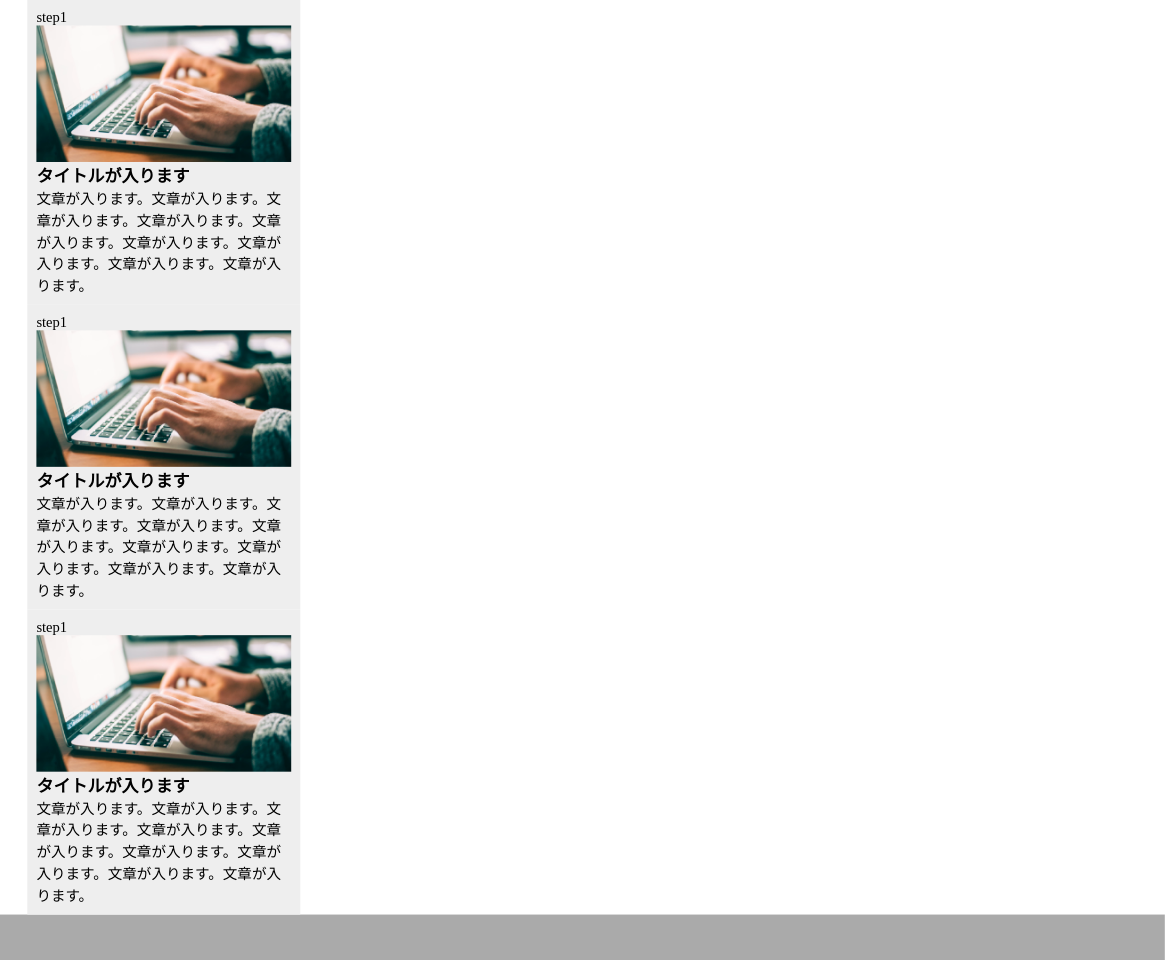
Repository: shizuki-okuma/dmm-webcamp
Page: chapter9_exercise/chapter9_exercise.html
The author's editor kept a record of every edit. The page is drawn from the files as they stood at one moment, then again after the next edit.
The browser window is 1280 px wide. The pictures show the whole page, at 91% of full size.

Above is the page before.

### chapter9_exercise/chapter9_exercise.html
<!DOCTYPE html>
<html lang="ja">
  <head>
    <meta charset="UTF-8" />
    <!-- CSSファイルの読み込み -->
    <link rel="stylesheet" href="style.css" />
    <title>chapter9_exercise</title>
  </head>

  <body>
    <head>
    </head>
    <main>
      <div class="step-box">
        <span class="step-num">step1</span>
        <div class="step-img1"></div>
        <h3>タイトルが入ります</h3>
        <p class="text">文章が入ります。文章が入ります。文章が入ります。文章が入ります。文章が入ります。文章が入ります。文章が入ります。文章が入ります。文章が入ります。</p>
      </div>
      <div class="step-box">
        <span class="step-num">step1</span>
        <div class="step-img1"></div>
        <h3>タイトルが入ります</h3>
        <p class="text">文章が入ります。文章が入ります。文章が入ります。文章が入ります。文章が入ります。文章が入ります。文章が入ります。文章が入ります。文章が入ります。</p>
      </div>
      <div class="step-box">
        <span class="step-num">step1</span>
        <div class="step-img1"></div>
        <h3>タイトルが入ります</h3>
        <p class="text">文章が入ります。文章が入ります。文章が入ります。文章が入ります。文章が入ります。文章が入ります。文章が入ります。文章が入ります。文章が入ります。</p>
      </div>
    </main>
    <footer>
    </footer>

  </body>
</html>

### chapter9_exercise/style.css
* {
  margin: 0;
  padding: 0;
  box-sizing: border-box;
}

header {
  background-color: #FF9a4b;
  height: 50px;
}
.main {
  width: 960px;
  display: flex;
  margin: 50px auto;
}
.step-box {
  width: 300px;
  margin-left: 30px;
  padding: 10px;
  position: relative;
  background-color: #eee;
}
.step-box:last-child {
  margin-right: 0;
}
.step-img1 {
  height: 150px;
  background-image: url(img/flow01.png);
  background-position: bottom;
  background-size: cover;
}
.step-img2 {
  height: 150px;
  background-image: url(img/flow02.png);
  background-position: bottom;
  background-size: cover;
}
.heading {
  margin-top: 15px;
  margin-bottom: 5px;
}
.main-box1 {
  width: 300px;
  background-color: #EEEEEE;
  margin: 30px;
  padding: 10px;
  position: relative;
}
.image1 {
  background-image: url(img/flow01.png);
  background-size: cover;
  background-position: center;
  height: 150px;
}
.main-box2 {
  width: 300px;
  background-color: #EEEEEE;
  margin: 30px;
  padding: 10px;
}
.image2 {
  background-image: url(img/flow02.png);
  background-size: cover;
  background-position: center;
  height: 150px;
}
.main-box3 {
  width: 300px;
  background-color: #EEEEEE;
  margin: 30px;
  padding: 10px;
}

.image3 {
  height: 150px;
  background-image: url(img/flow03.png);
  background-size: cover;
  background-position: center;

}
footer {
  background-color: #AAAAAA;
  height: 50px;
}

After the next edit:
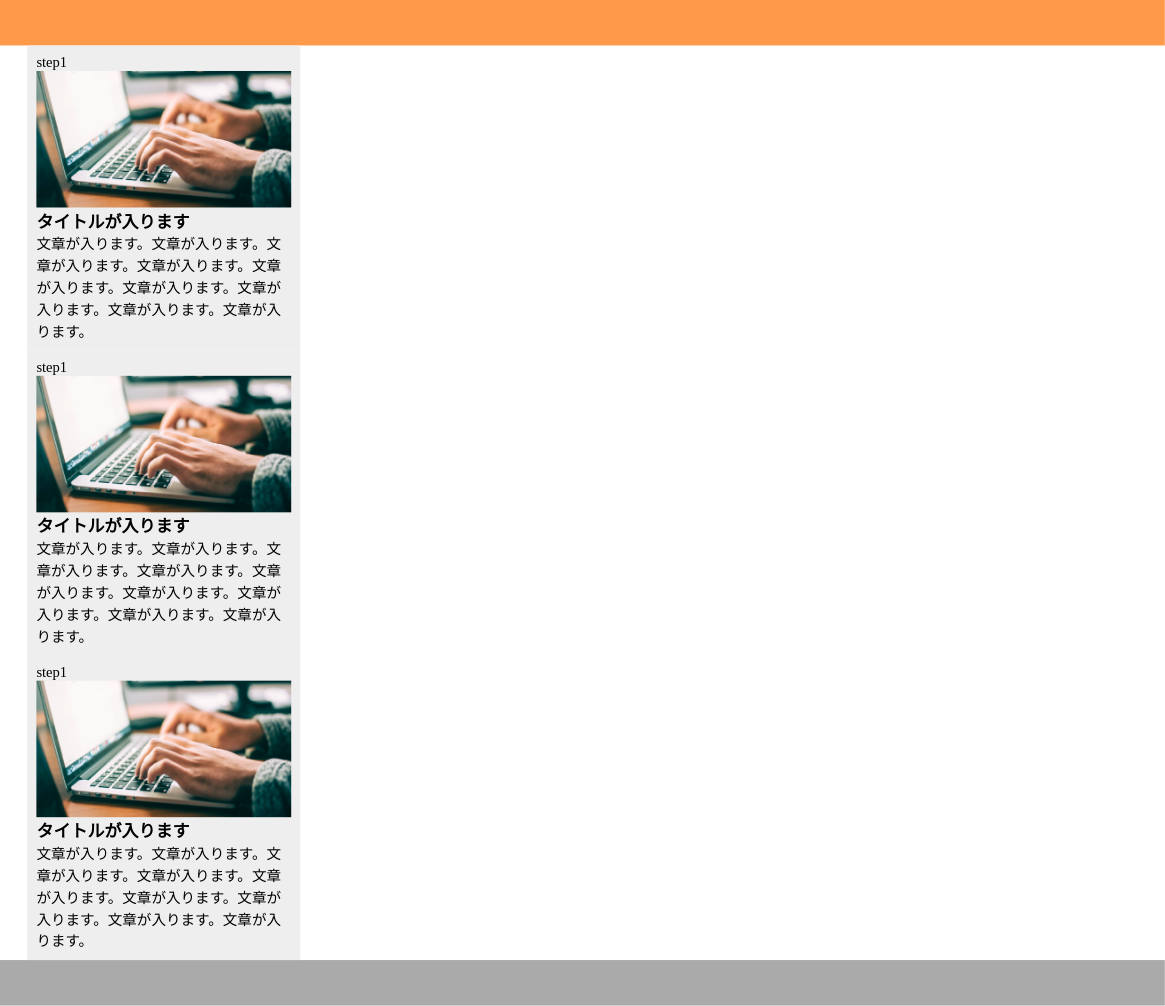
The edit:
--- a/chapter9_exercise/chapter9_exercise.html
+++ b/chapter9_exercise/chapter9_exercise.html
@@ -8,8 +8,8 @@
   </head>
 
   <body>
-    <head>
-    </head>
+
+    <header></header>
     <main>
       <div class="step-box">
         <span class="step-num">step1</span>
